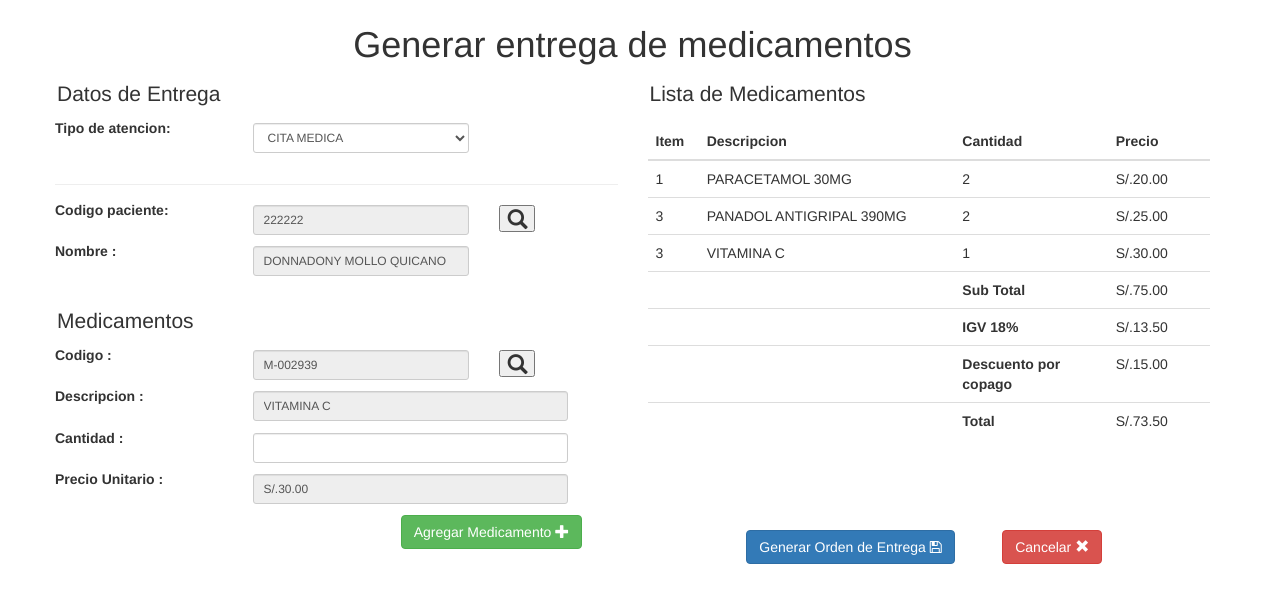
Repository: Donyx10/ADSII-ProyectoClinica
Page: http://localhost/AvanceWeb/GenerarOrdenDeEntregaDeMedicamentos2.jsp
These files come from the project's save history. The page is drawn as it stood at one moment and after a run of saves; the edit follows.
The browser window is 1280 px wide. The pictures show the whole page.
Some web fonts or font styles are not loaded; a fallback is used. The page is served by Tomcat 9. Other server files are loaded and not shown.

Above is the page before, as saved 2018-06-07 16:49:17.

### WebDemo/AvanceWeb/WebContent/GenerarOrdenDeEntregaDeMedicamentos2.jsp
<!DOCTYPE html>
<html lang="esS">
<head>
<meta charset="UTF-8">
<meta name="viewport"
	content="width=device-width, initial-scale=1, maximum-scale=1, user-scalable=no">
<script type="text/javascript" src="js/jquery.min.js"></script>
<script type="text/javascript" src="js/jquery.dataTables.min.js"></script>
<script type="text/javascript" src="js/dataTables.bootstrap.min.js"></script>
<script type="text/javascript" src="js/bootstrap.min.js"></script>
<script type="text/javascript" src="js/bootstrapValidator.js"></script>
<link rel="stylesheet" href="css/bootstrap.css" />
<link rel="stylesheet" href="css/dataTables.bootstrap.min.css" />
<link rel="stylesheet" href="css/style.css" />
<link rel="stylesheet" href="css/bootstrapValidator.css" />
<link rel="stylesheet"
	href="https://cdnjs.cloudflare.com/ajax/libs/font-awesome/4.7.0/css/font-awesome.min.css">
<title>Generar orden de entrega de medicamentos</title>

</head>
<body>

	<div class="container"
		style="padding-top: 5px; line-height: 0.8; padding-left: 0.01px;">
		<h1 align="center">Generar entrega de medicamentos</h1>
		<br>
		<form action="generarCita" id="id_form">
			<div class="form-group row"
				>
				<div class="col-md-6"
					>

					<div class="form-group row" align="left" id="paciente">
						<div class="col-md-12">
							<fieldset>
								<legend>Datos de Entrega</legend>
								<div class="row">
									<div class="col-md-4">
										<label class="" for="id_codigo">Tipo de atencion:</label>
									</div>
									<div class="col-md-5">
										<select class="form-control input-sm" style="">
											<option>CITA MEDICA
											<option>EMERGENCIA
										</select>
									</div>
								</div>
								<br>
								<hr>
								<div class="row">

									<div class="col-md-4">
										<label class="" for="id_codigo">Codigo paciente:</label>
									</div>
									<div class="col-md-5">
										<input class="form-control input-sm" type="text"
											value="222222" id="" name="" readonly="readonly"
											placeholder="Ingrese el codigo">
									</div>
									<div class="col-md-2">
										<button style="font-size: 20px">
											<i class="glyphicon glyphicon-search"></i>
										</button>
									</div>
								</div>
								<br>



								<div class="row">
									<div class="col-md-4">
										<label class="" for="">Nombre : </label>
									</div>
									<div class="col-md-5">
										<input class="form-control input-sm" type="text"
											readonly="readonly" value="DONNADONY MOLLO QUICANO" id=""
											name="" placeholder="Ingrese el nombre" size="30">
									</div>

								</div>
								<br>

							</fieldset>
						</div>


					</div>

					<br>
					<div class="form-group row" align="left" id="medicametos">
						<div class="col-md-12">
							<fieldset>
								<legend>Medicamentos</legend>

								<div class="row">

									<div class="col-md-4">
										<label class="" for="id_codigo">Codigo : </label>
									</div>
									<div class="col-md-5">
										<input class="form-control input-sm" type="text"
											value="M-002939" id="" name="" readonly="readonly"
											placeholder="">
									</div>
									<div class="col-md-2">
										<button style="font-size: 20px">
											<i class="glyphicon glyphicon-search"></i>
										</button>
									</div>
								</div>
								<br>
								<div class="row">

									<div class="col-md-4">
										<label class="" for="id_codigo">Descripcion : </label>
									</div>
									<div class="col-md-7">
										<input class="form-control input-sm" type="text"
											value="VITAMINA C" id="" name="" readonly="readonly"
											placeholder="">
									</div>

						</div>
						<br>
						<div class="row">

							<div class="col-md-4">
								<label class="" for="id_codigo">Cantidad : </label>
							</div>
							<div class="col-md-7">
								<input class="form-control input-sm" type="number"
									name="quantity" min="1" max="10">
							</div>

						</div>
						<br>
						<div class="row">

							<div class="col-md-4">
								<label class="" for="id_codigo">Precio Unitario : </label>
							</div>
							<div class="col-md-7">
								<input class="form-control input-sm" type="text" name="quantity"
									value="S/.30.00" readonly="readonly">
							</div>

						</div><br>
						<div class="row">
							<div class="col-md-2"></div>
							<div class="col-md-4"></div>
							<div class="col-md-1"></div>
							<div class="col-md-3">
								<button type="submit" class="btn btn-success">
									Agregar Medicamento <i class="glyphicon glyphicon-plus"></i>
								</button>
							</div>
						</div>
						</fieldset>
					</div>
				</div>


			</div>
			<div class="col-md-6">
				<div class="form-group row" id="medico">
					<div class="col-md-12">
						<fieldset>

							<legend> Lista de Medicamentos</legend>
							<div class="row">
								<div class="col-md-12">
									<table class="table table-sm">
										<thead>
											<tr>
												<th class="col-md-1">Item</th>
												<th class="col-md-5">Descripcion</th>
												<th class="col-md-3">Cantidad</th>
												<th class="col-md-2">Precio</th>

											</tr>
										</thead>
										<tbody>
											<tr>
												<td class="col-md-1">1</td>
												<td class="col-md-5">PARACETAMOL 30MG</td>
												<td class="col-md-3">2</td>
												<td class="col-md-2">S/.20.00</td>
											</tr>
											<tr>
												<td class="col-md-1">3</td>
												<td class="col-md-5">PANADOL ANTIGRIPAL 390MG</td>
												<td class="col-md-3">2</td>
												<td class="col-md-2">S/.25.00</td>
											</tr>
											<tr>
												<td class="col-md-1">3</td>
												<td class="col-md-5">VITAMINA C</td>
												<td class="col-md-3">1</td>
												<td class="col-md-2">S/.30.00</td>
											</tr>
											<tr>
												<td class="col-md-1"></td>
												<td class="col-md-5"></td>
												<td class="col-md-3"><strong>Sub Total</strong></td>
												<td class="col-md-2">S/.75.00</td>
											</tr>
											<tr>
												<td class="col-md-1"></td>
												<td class="col-md-5"></td>
												<td class="col-md-3"><strong>IGV 18%</strong></td>
												<td class="col-md-2">S/.13.50</td>
											</tr>
											<tr>
												<td class="col-md-1"></td>
												<td class="col-md-5"></td>
												<td class="col-md-3"><strong>Descuento por
														copago</strong></td>
												<td class="col-md-2">S/.15.00</td>
											</tr>
											<tr>
												<td class="col-md-1"></td>
												<td class="col-md-5"></td>
												<td class="col-md-3"><strong>Total</strong></td>
												<td class="col-md-2">S/.73.50</td>
											</tr>

										</tbody>
									</table>
								</div>
							</div>
						</fieldset>
					</div>
				</div>
				<br> <br> <br> <br> <br>
				<div class="form-group row" align="center" id="paciente">
					<div class="col-md-12">
						<div class="row">
							<div class="col-md-2"></div>
							<div class="col-md-4">
								<button type="submit" class="btn btn-primary">
									Generar Orden de Entrega <i class="fa fa-save"></i>
								</button>
							</div>
							<div class="col-md-1"></div>
							<div class="col-md-3">
								<button type="submit" class="btn btn-danger">
									Cancelar <span class="glyphicon glyphicon-remove"></span>
								</button>
							</div>
						</div>
					</div>
				</div>
			</div>
	</div>
	</div>
	</form>
	</div>
</body>
</html>

### WebDemo/AvanceWeb/WebContent/css/style.css


.table-fixed {
	width: 100%;
	background-color: #f3f3f3;
}

.table-fixed tbody {
	height: 120px;
	overflow-y: auto;
	width: 100%;
}

.table-fixed thead, .table-fixed tbody, .table-fixed tr, .table-fixed td,
	.table-fixed th {
	display: block;
}

.table-fixed tbody td {
	float: left;
}

.table-fixed thead tr th {
	float: left;
	background-color: #f39c12;
	border-color: #e67e22;
}

legend {
    display: block;
    padding-left: 2px;
    padding-right: 2px;
    border: none;
}

Loaded but not shown: WebDemo/AvanceWeb/WebContent/js/jquery.min.js (library); WebDemo/AvanceWeb/WebContent/js/jquery.dataTables.min.js (library); WebDemo/AvanceWeb/WebContent/js/dataTables.bootstrap.min.js (common file); WebDemo/AvanceWeb/WebContent/js/bootstrap.min.js (library); WebDemo/AvanceWeb/WebContent/js/bootstrapValidator.js (library); WebDemo/AvanceWeb/WebContent/css/bootstrap.css (library); WebDemo/AvanceWeb/WebContent/css/dataTables.bootstrap.min.css (library); WebDemo/AvanceWeb/WebContent/css/bootstrapValidator.css (common file)

After the next 2 saves:
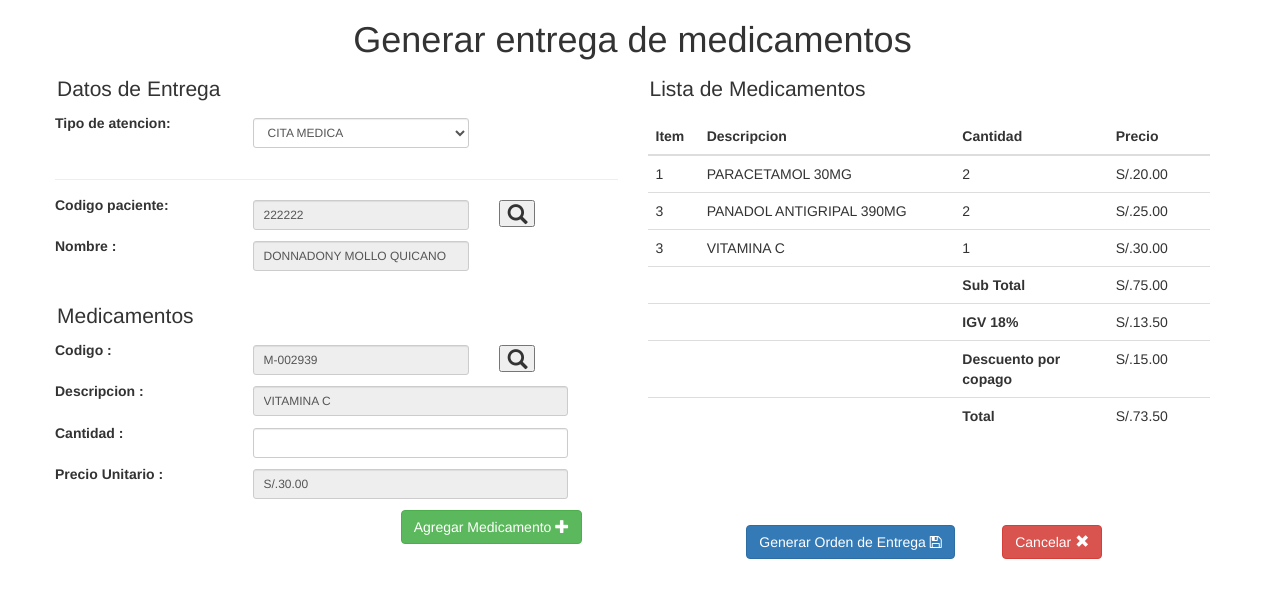
The 2 saves are shown as one change because they came seconds apart.
The last was saved 10 s later.
--- a/WebDemo/AvanceWeb/WebContent/GenerarOrdenDeEntregaDeMedicamentos2.jsp
+++ b/WebDemo/AvanceWeb/WebContent/GenerarOrdenDeEntregaDeMedicamentos2.jsp
@@ -21,7 +21,7 @@
 <body>
 
 	<div class="container"
-		style="padding-top: 5px; line-height: 0.8; padding-left: 0.01px;">
+		style="padding-top: 10x; line-height: 0.8; padding-left: 0.01px;">
 		<h1 align="center">Generar entrega de medicamentos</h1>
 		<br>
 		<form action="generarCita" id="id_form">
